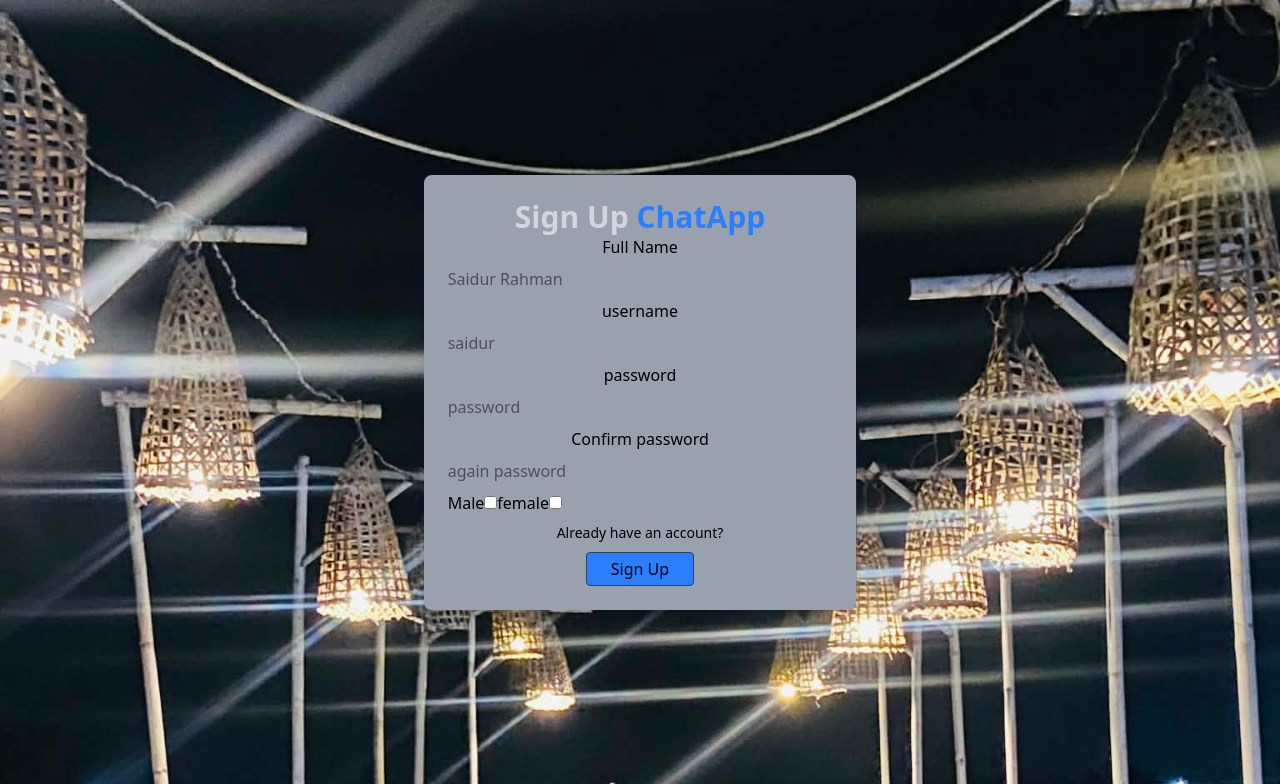
Repository: ridhukhan/chatapp
Page: / (app in frontend/)
An editor plug-in stored every save of this project. The page is shown before and after the next save, followed by the edit.
The browser window is 1280 px wide. The pictures show the whole page.
Backgrounds fixed to the window are drawn as part of the page. The project was rebuilt for these pictures with package versions that can differ from the ones it lists, and the page was loaded fresh each time. Also part of the build but not shown: frontend/vite.config.js, frontend/src/Pages/login/Login.jsx.

Above is the page before, as saved 2025-12-25 13:55:06.

### frontend/src/index.css
@import "tailwindcss";


body{

background-image: url("/bg1.jpeg");
background-repeat: no-repeat;
background-size: cover;
background-position: center;
background-attachment: fixed;
}

### frontend/src/App.jsx

import './App.css'
import Login from './Pages/login/Login'
import SignUp from './Pages/signup/SignUp'

function App() {

  return (
    <div className='p-4 h-screen flex items-center justify-center'>
     <SignUp/>
    </div>
  )
}

export default App

### frontend/src/Pages/signup/SignUp.jsx
import React from 'react'
import GendarCheckbox from './GendarCheckbox'

const SignUp = () => {
  return (
    <div  className='flex flex-col items-center justify-center min-w-96 mx-auto'>

<div  className='w-full p-6 rounded-lg shadow-md bg-gray-400 bg-clip-padding backdrop-filter backdrop-blur-lg bg-opacity-0'>

	<h1 className='text-3xl font-semibold text-center text-gray-300'>
	Sign Up <span className='text-blue-500'> ChatApp</span></h1>

<form action="">
<div>

    <label  className='label p-2'>
        <span className='text-base label-text'>Full Name</span>
    </label>
    <input type='text' placeholder='Saidur Rahman' className='w-full input input-bordered  h-10' />
</div>

<div>

    <label  className='label p-2'>
        <span className='text-base label-text'>username</span>
    </label>
    <input type='text' placeholder='saidur' className='w-full input input-bordered  h-10' />
</div>

<div>

    <label  className='label p-2'>
        <span className='text-base label-text'>password</span>
    </label>
    <input type='password' placeholder='password' className='w-full input input-bordered  h-10' />
</div>
<div>

    <label  className='label p-2'>
        <span className='text-base label-text'>Confirm password</span>
    </label>
    <input type='text' placeholder='again password' className='w-full input input-bordered  h-10' />
</div>
<GendarCheckbox/>

<a className='text-sm hover:underline hover:text-blue-600 mt-2 inline-block' href='#'>
Already have an account?</a>

<div>
<button className=' px-6 py-1  rounded btn btn-block btn-sm mt-2 border border-slate-700 bg-blue-500' >Sign Up</button>
</div>










</form>

</div>




    </div>
  )
}

export default SignUp

### frontend/src/Pages/signup/GendarCheckbox.jsx
import React from 'react'

const GendarCheckbox = () => {
  return (
    <div className='flex'>
<div>
  <label>
    <span>Male</span>
  </label>
  <input type="checkbox" />
</div>
<div>

 <label>
    <span>female</span>
  </label>
  <input type="checkbox" />


</div>






    </div>
  )
}

export default GendarCheckbox

Loaded but not shown: frontend/index.html (common file); frontend/src/main.jsx (common file); frontend/src/App.css (common file)

After the next save:
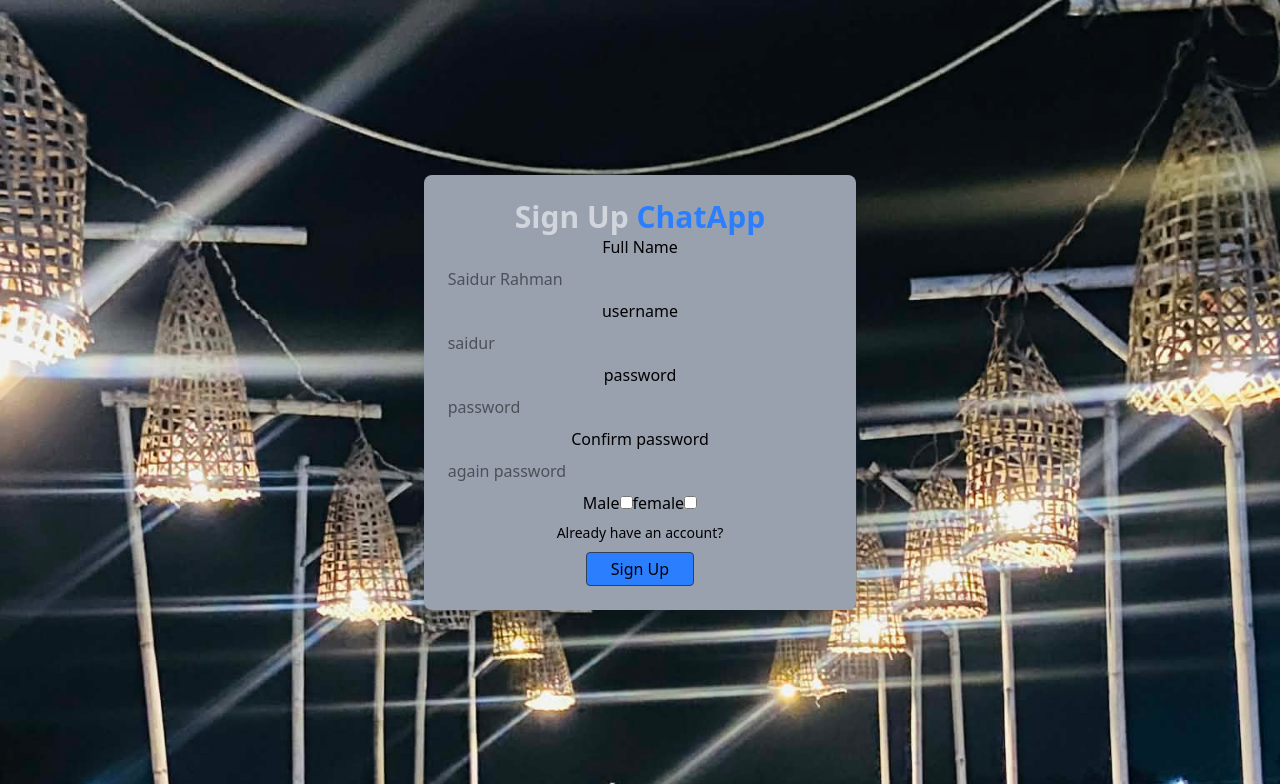
Saved 16 s later.
--- a/frontend/src/Pages/signup/GendarCheckbox.jsx
+++ b/frontend/src/Pages/signup/GendarCheckbox.jsx
@@ -2,7 +2,7 @@
 
 const GendarCheckbox = () => {
   return (
-    <div className='flex'>
+    <div className='flex justify-center'>
 <div>
   <label>
     <span>Male</span>
